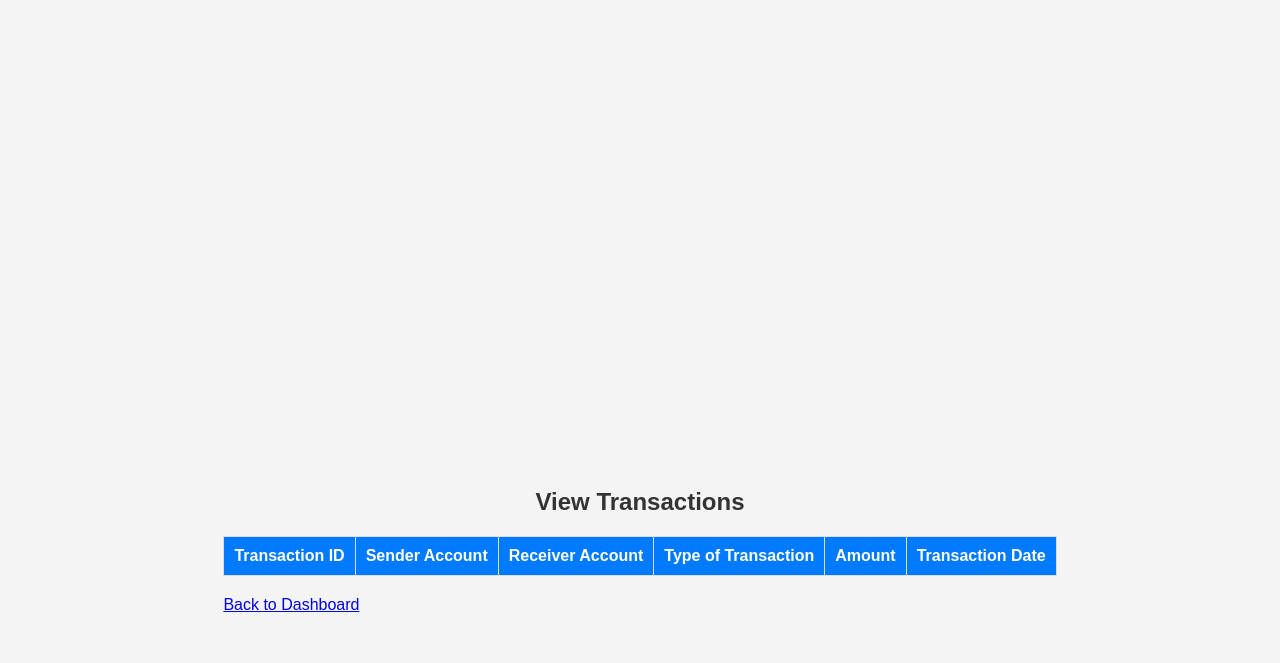
Repository: vinayakGarudi2002/swabhavTrainingProjects
Page: http://localhost/01_banking_application/viewTransactions.jsp
The author's editor kept a copy of each file at every save. The page is drawn from the files as they stood at one save, then again after the next save.
The browser window is 1280 px wide. The pictures show the whole page.
The page is served by Tomcat 9. Queries for data that is not in the repository find no rows.

Above is the page before, as saved 2024-08-12 11:30:53.

After the next save:
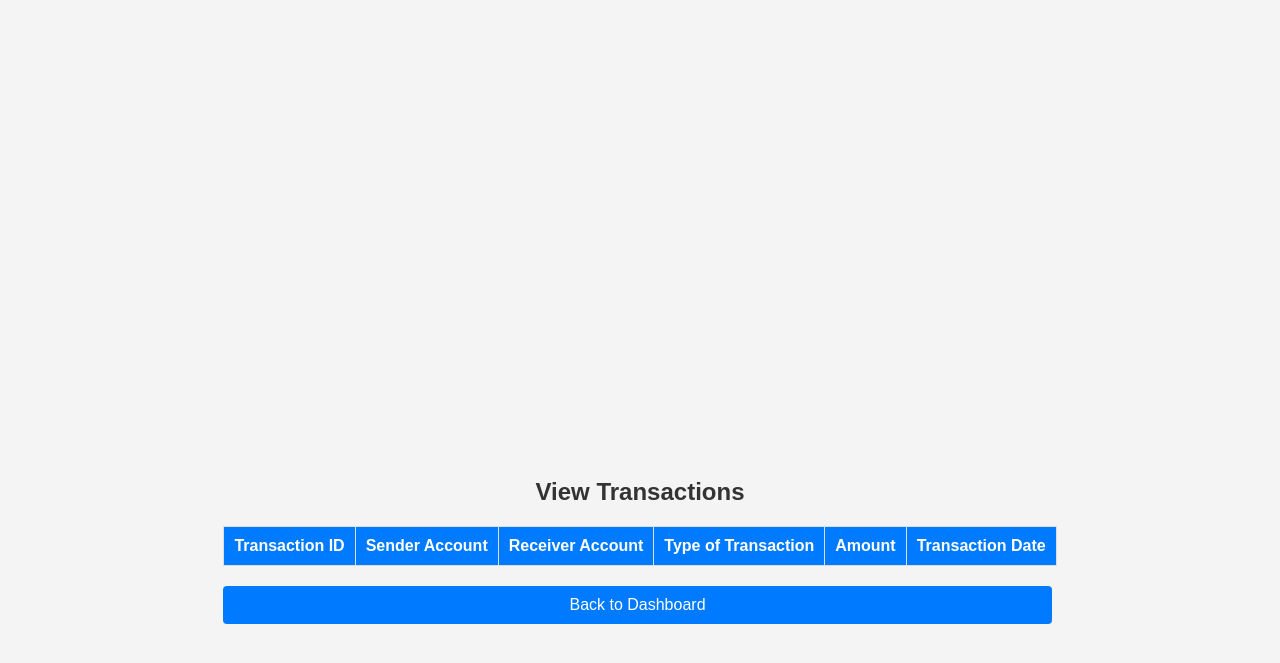
Saved 59 s later.
--- a/01_banking_application/WebContent/viewTransactions.jsp
+++ b/01_banking_application/WebContent/viewTransactions.jsp
@@ -11,8 +11,22 @@
     <title>View Transactions</title>
     <link rel="stylesheet" type="text/css" href="static/css/styles.css">
 </head>
+<style>
+ a {
+            display: block;
+            width: 97%;
+            padding: 10px;
+            background-color: #007bff;
+            color: white;
+            text-align: center;
+            border-radius: 4px;
+            text-decoration: none;
+            font-size: 16px;
+        }
 
-<style>
+        a:hover {
+            background-color: #0056b3;
+        }
     .transaction-view-container{
     padding: 13px;
     margin-top: 363px;
